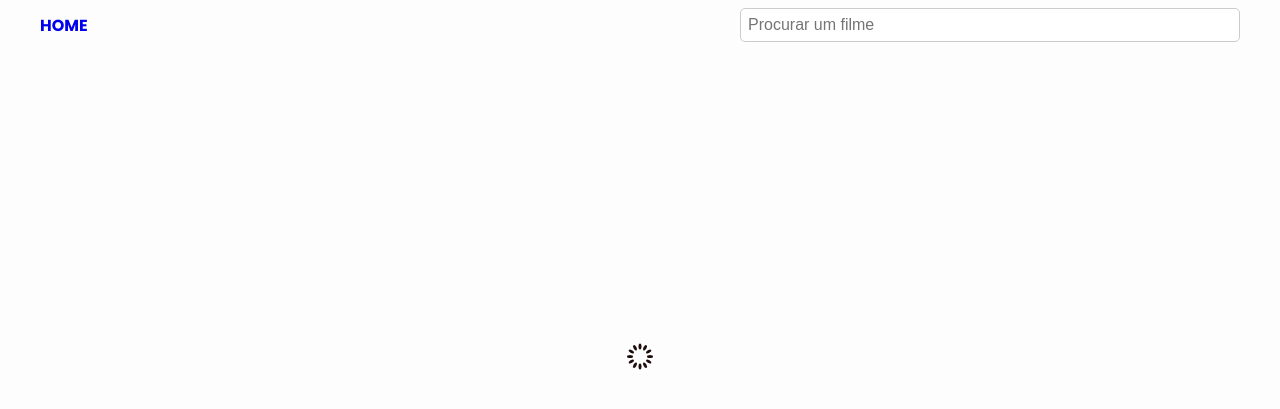
Repository: giordanobraz/agenda-edu-challenge
Page: /
These files come from the project's save history. The page is drawn as it stood at one moment and after the next save; the edit follows.
The browser window is 1280 px wide. The pictures show the whole page.
The page's requests for data from a server got no answer. The project was rebuilt for these pictures with package versions that can differ from the ones it lists, and the page was loaded fresh each time. No one was signed in, and anything a server would have sent is missing. Also part of the build but not shown: src/components/List/MovieList.scss, src/components/Details/Details.scss, src/components/Details/Details.js, src/pages/Details/index.js.

Above is the page before, as saved 2022-05-13 18:24:37.

### src/App.js
import { Route, Routes } from "react-router-dom";
import { QueryClient, QueryClientProvider } from "react-query";
import HomePage from "./pages/HomePage";
import SearchBar from "./components/Search/SearchBar";
import "./styles/global.scss";
import DetailsPage from "./pages/Details";

const queryClient = new QueryClient();

function App() {
  return (
    <div className="container">
      <QueryClientProvider client={queryClient}>
        <SearchBar />
        <Routes>
          <Route path="/" element={<HomePage />} />
          <Route path="/movie/:movieID" element={<DetailsPage />} />
        </Routes>
      </QueryClientProvider>
    </div>
  );
}

export default App;

### src/pages/HomePage/index.js
import MovieList from "../../components/List/MovieList";

export default function HomePage() {
  return <MovieList />;
}

### src/components/Search/SearchBar.js
import { useState } from "react";
import { Link } from "react-router-dom";
import { debounce } from "lodash";
import { api } from "../../services/api";
import { API_SEARCH_LINK } from "../../utils/constants";
import "./SearchBar.scss";

function SearchBar() {
  const [searchResults, setSearchResults] = useState([]);

  const handleSearch = debounce((value) => {
    api.get(`${API_SEARCH_LINK}query=${value}`).then((response) => {
      setSearchResults(response.data.results);
    });

    if (value === "") {
      setSearchResults([]);
    }
  }, 500);

  return (
    <div className="menu">
      <div>
        <Link
          to="/"
          style={{
            fontWeight: "bold",
            fontSize: "1rem",
            textDecoration: "none",
          }}
        >
          HOME
        </Link>
      </div>
      <div className="header">
        <input
          type="text"
          placeholder="Procurar um filme"
          onChange={(e) => handleSearch(e.target.value)}
        />
        {searchResults.length > 0 && (
          <div className="search-bar-items">
            <ul>
              {searchResults.map((movie) => (
                <Link
                  className="movie_link"
                  to={`/movie/${movie.id}`}
                  state={movie}
                  onClick={() => setSearchResults([])}
                >
                  <p>{movie.title}</p>
                </Link>
              ))}
            </ul>
          </div>
        )}
      </div>
    </div>
  );
}

export default SearchBar;

### src/styles/global.scss
@import url("https://fonts.googleapis.com/css2?family=Poppins:wght@400;500;700&display=swap");
body {
    font-family: "Poppins", sans-serif;
    background-color: #fdfdfd;
}

p {
    margin: 0;
    padding: 0;
    border: 0;
    font-size: 100%;
    font: inherit;
    vertical-align: baseline;
}

.container {
    display: flex;
    flex-direction: column;
    gap: 2rem;
    max-width: 1200px;
    margin: 0 auto;
    padding: 0;
}

### src/components/List/MovieList.js
import { useState } from "react";
import { Link } from "react-router-dom";
import { api } from "../../services/api";
import { useInfiniteQuery } from "react-query";
import { VirtuosoGrid } from "react-virtuoso";
import Loading from "../Loading";
import "./MovieList.scss";
import { IMG_LINK } from "../../utils/constants";
import { ItemContainer, ListContainer } from "./VirtuosoStyled";

function MovieList() {
  const [movies, setMovies] = useState([]);

  const fetchMovies = async ({ pageParam = 1 }) => {
    const response = await api.get(
      "movie/popular?language=pt-BR&page=" + pageParam
    );
    setMovies(() => [...movies, ...response.data.results]);
    return response.data;
  };

  const { isLoading, isError, error, fetchNextPage } = useInfiniteQuery(
    "movies",
    fetchMovies,
    {
      getNextPageParam: (lastPage) => lastPage.page + 1,
    }
  );

  if (isLoading) return <Loading />;
  if (isError) return <p>{error.message}</p>;

  return (
    <>
      <h1>FILMES POPULARES DA SEMANA</h1>

      <VirtuosoGrid
        useWindowScroll
        style={{ height: 700, marginBottom: "2rem" }}
        totalCount={movies.length}
        overscan={200}
        endReached={() => setTimeout(() => fetchNextPage(), 2000)}
        components={{
          Item: ItemContainer,
          List: ListContainer,
        }}
        itemContent={(index) => {
          const movie = movies[index];
          return (
            <>
              <Link
                key={movie.id}
                className="card"
                to={`/movie/${movie.id}`}
                state={movie}
              >
                <img
                  src={`${IMG_LINK}/w220_and_h330_face/${movie.poster_path}`}
                  alt={movie.title}
                  width={220}
                  height={330}
                />
                <div className="card-details">
                  <p>{movie.title}</p>
                  <span>{movie.vote_average}/10</span>
                </div>
              </Link>
            </>
          );
        }}
      />
    </>
  );
}

export default MovieList;

### src/services/api.js
import axios from "axios";
import { API_KEY, API_LINK } from "../utils/constants";

export const api = axios.create({
  baseURL: API_LINK,
  headers: {
    Authorization: API_KEY,
  },
});

### src/utils/constants.js
export const IMG_LINK = "https://image.tmdb.org/t/p/";
export const API_LINK = "https://api.themoviedb.org/3/";
export const API_SEARCH_LINK = "https://api.themoviedb.org/3/search/movie?language=pt-BR&";
export const API_KEY = `Bearer eyJhbGciOiJIUzI1NiJ9.eyJhdWQiOiJmYzQzN2E4YzM3M2JjNWRiNGJhODA0MTVlZWFmYjM0MCIsInN1YiI6IjVhNDMzNzQ4YzNhMzY4NTg5MDA0NTdjZCIsInNjb3BlcyI6WyJhcGlfcmVhZCJdLCJ2ZXJzaW9uIjoxfQ.KJrGbmMD-B0dSERBGT_FSRx5XqX0lWkoMPpkK78bOzs`;

### src/components/Search/SearchBar.scss
.menu {
    display: flex;
    flex-direction: row;
    justify-content: space-between;
    align-items: center;
    width: 100%;

  .header {
    position: relative;
    display: flex;
    flex-direction: column;

    input {
      width: 500px;
      padding: 7px;
      font-size: 1rem;
      font-weight: 500;
      color: rgb(99, 99, 99);
      box-sizing: border-box;
      outline: none;
      border: 1px solid rgb(204, 204, 204);
      border-radius: 5px;
    }

    .search-bar-items {
      position: absolute;
      background: #ffff;
      border-radius: 5px;
      box-shadow: 0 2px 6px rgba(0, 0, 0, 0.3);
      z-index: 999;
      width: 100%;
      margin-top: 3rem;
      ul {
        list-style: none;
        padding: 5px;
        .movie_link {
          text-decoration: none;
          color: black;

          p {
            padding: 5px;
            font-size: 1rem;
            font-weight: 500;
            color: rgb(99, 99, 99);
            &:hover {
              color: rgb(0, 0, 0);
            }
          }
        }
      }
    }
  }
}

### src/components/List/VirtuosoStyled.js
import styled from "@emotion/styled";

export const ItemContainer = styled.div`
  padding: 0.5rem;
  width: 25%;
  height: 420px;
  display: flex;
  flex: none;
  align-content: stretch;
  box-sizing: border-box;

  @media (max-width: 1024px) {
    width: 50%;
  }

  @media (max-width: 300px) {
    width: 100%;
  }
`;

export const ListContainer = styled.div`
  display: flex;
  flex-wrap: wrap;
`;

### src/components/Loading/Loading.js
import loadingImg from "../../assets/loading.svg";
import "./Loading.scss";

function Loading() {
  return (
    <div className="center">
      <img src={loadingImg} alt="Loading" width={50} />
    </div>
  );
}

export default Loading;

### src/components/Loading/Loading.scss
.center {
  position: absolute;
  top: 50%;
  left: 50%;
  transform: translate(-50%, -50%);
}

Loaded but not shown: public/index.html (common file); src/index.js (common file); src/components/Loading/index.js (common file)

After the next save:
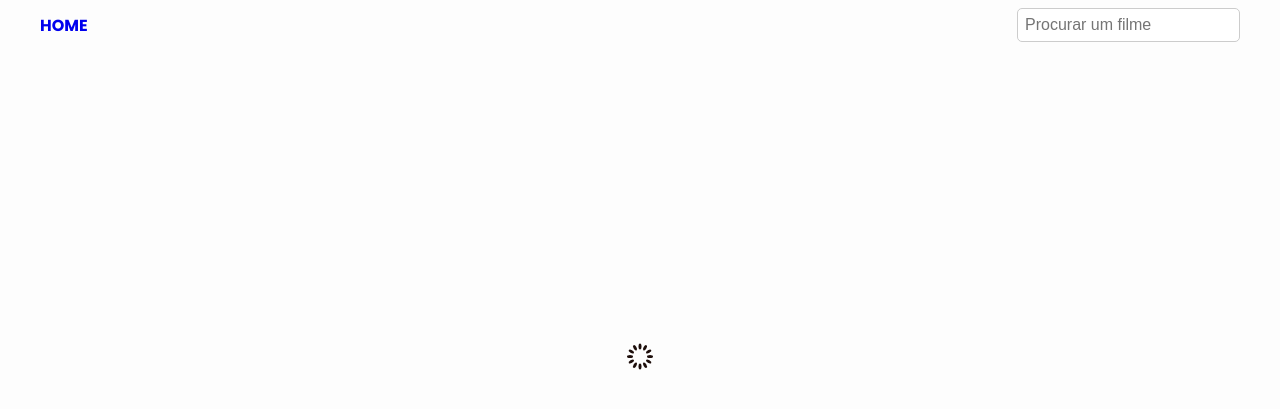
Saved 7 s later.
--- a/src/components/Search/SearchBar.scss
+++ b/src/components/Search/SearchBar.scss
@@ -11,7 +11,7 @@
     flex-direction: column;
 
     input {
-      width: 500px;
+      max-width: 500px;
       padding: 7px;
       font-size: 1rem;
       font-weight: 500;

After the save that followed:
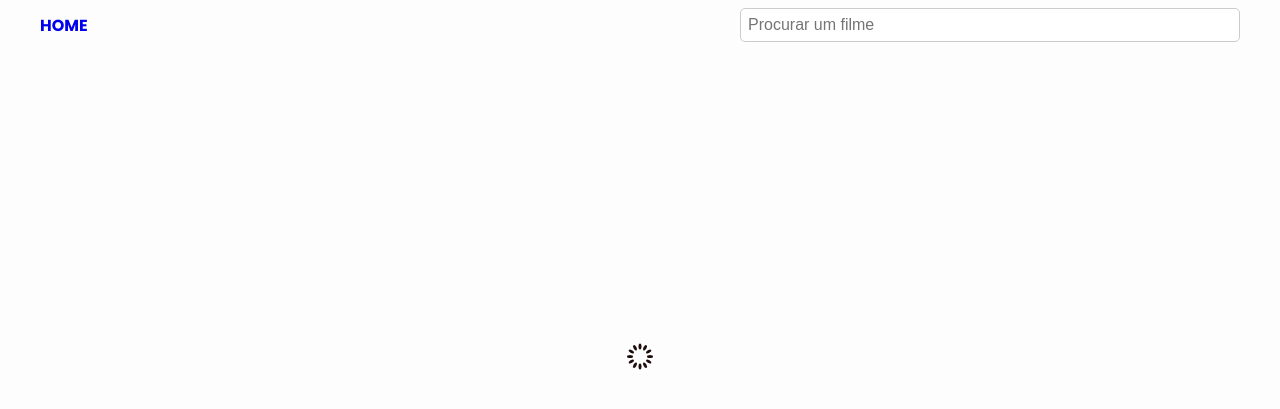
Saved 6 s later.
--- a/src/components/Search/SearchBar.scss
+++ b/src/components/Search/SearchBar.scss
@@ -11,7 +11,7 @@
     flex-direction: column;
 
     input {
-      max-width: 500px;
+      width: 500px;
       padding: 7px;
       font-size: 1rem;
       font-weight: 500;
